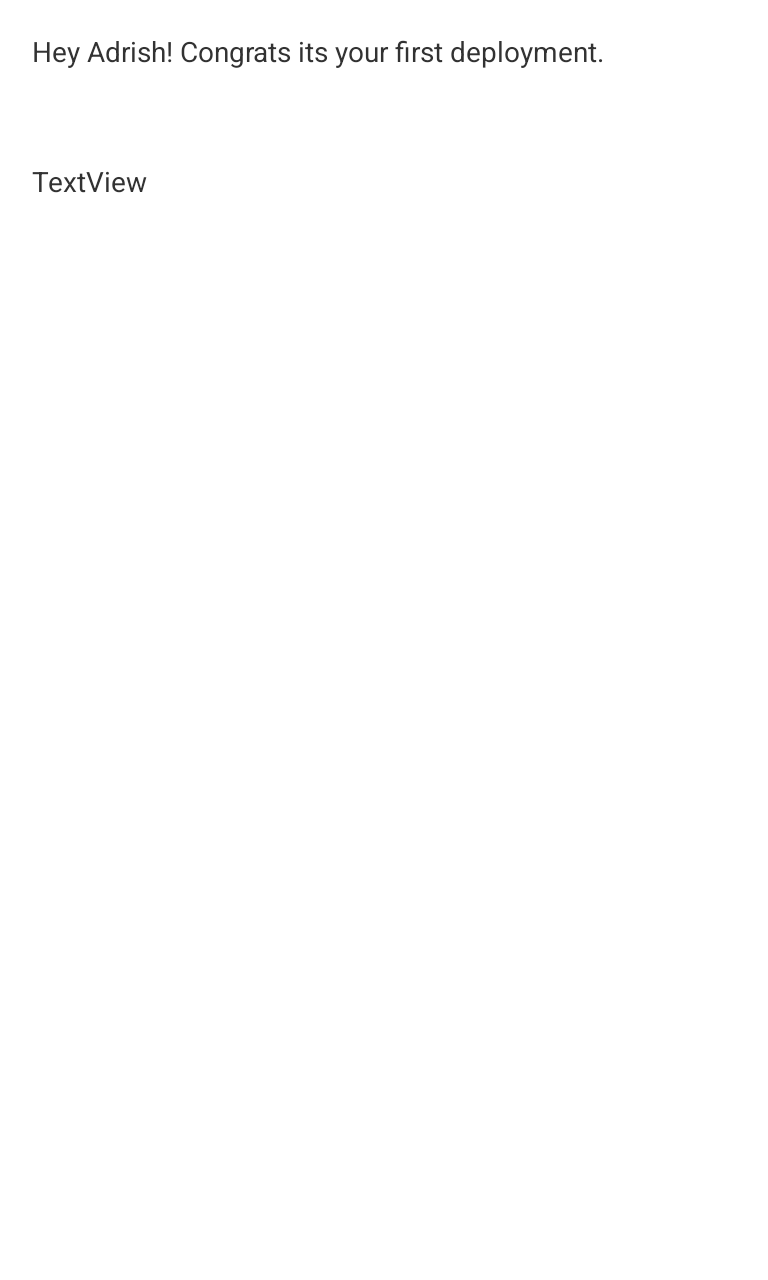
Repository: adrish00/android_learning
Layout: Demo000Ex1MyFirstAppEx/res/layout/activity_corp_activity_one.xml
An editor plug-in stored every save of this project. The layout is shown before and after the next save, followed by the edit.
It is drawn on a 768 x 1280 px phone screen (xhdpi) without system bars, with theme AppTheme; the app's code is not run.

Above is the layout before, as saved 2015-09-04 21:27:07.

After the next save:
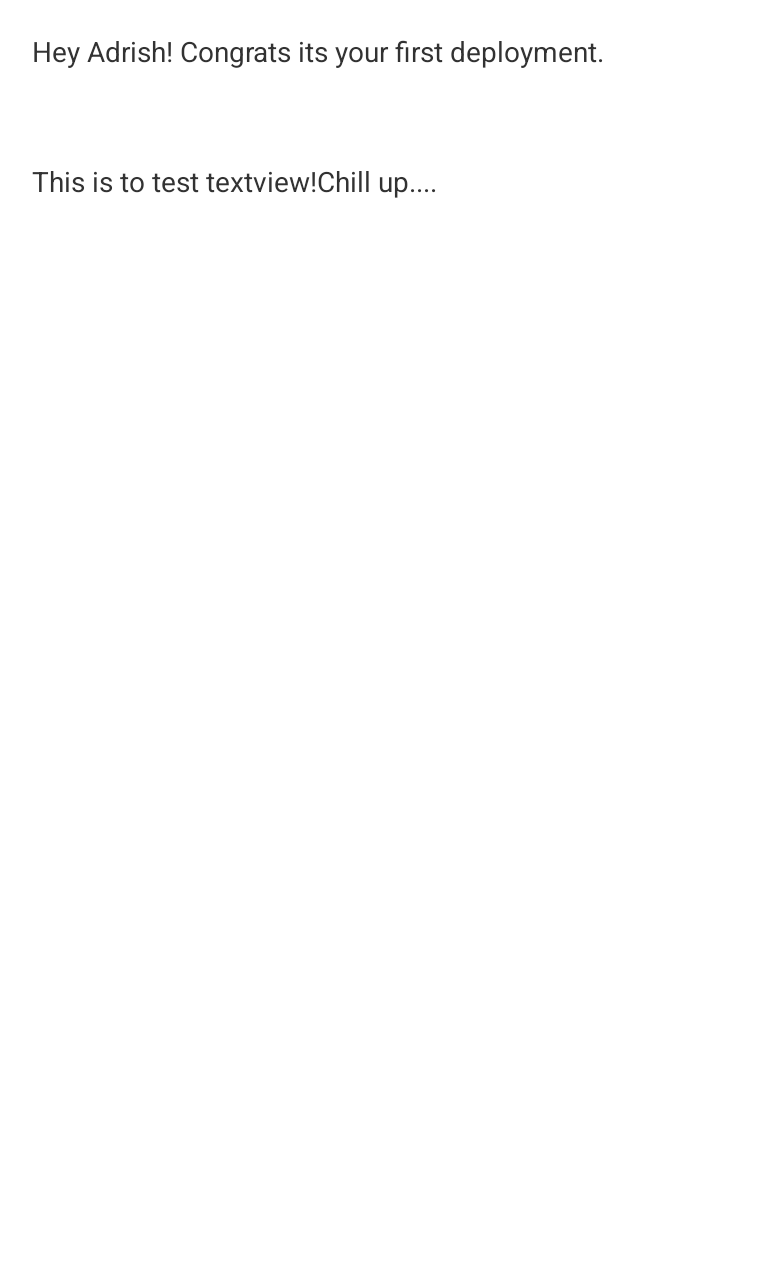
Saved 26 s later.
--- a/Demo000Ex1MyFirstAppEx/res/layout/activity_corp_activity_one.xml
+++ b/Demo000Ex1MyFirstAppEx/res/layout/activity_corp_activity_one.xml
@@ -22,6 +22,6 @@
         android:layout_alignRight="@+id/textView2"
         android:layout_below="@+id/textView2"
         android:layout_marginTop="46dp"
-        android:text="TextView" />
+        android:text="@string/textViewText" />
 
 </RelativeLayout>
